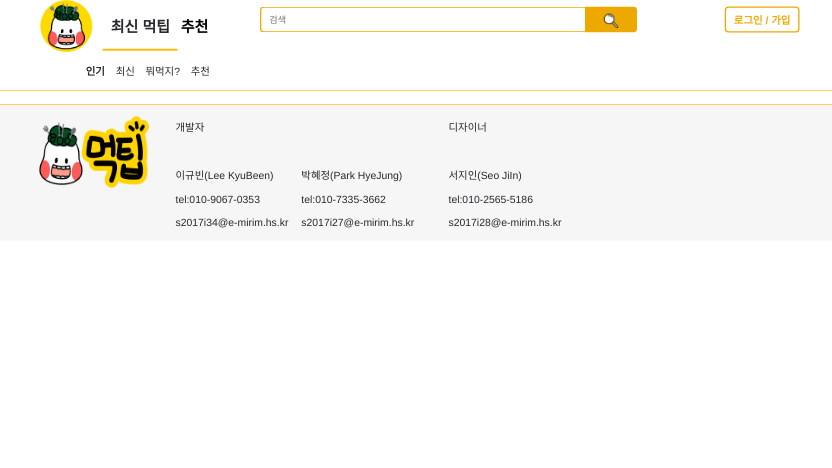
Repository: binkalos/JSP-STUDY
Page: http://localhost/IT-show/newPost.jsp
These files come from the project's save history. The page is drawn as it stood at one moment and after the next save; the edit follows.
The browser window is 1280 px wide. The pictures show the whole page, at 65% of full size.
Some web fonts or font styles are not loaded; a fallback is used. Some web libraries are served in a nearby version. The page is served by Tomcat 9. Queries for data that is not in the repository find no rows.

Above is the page before, as saved 2019-06-19 10:00:07.

After the next save:
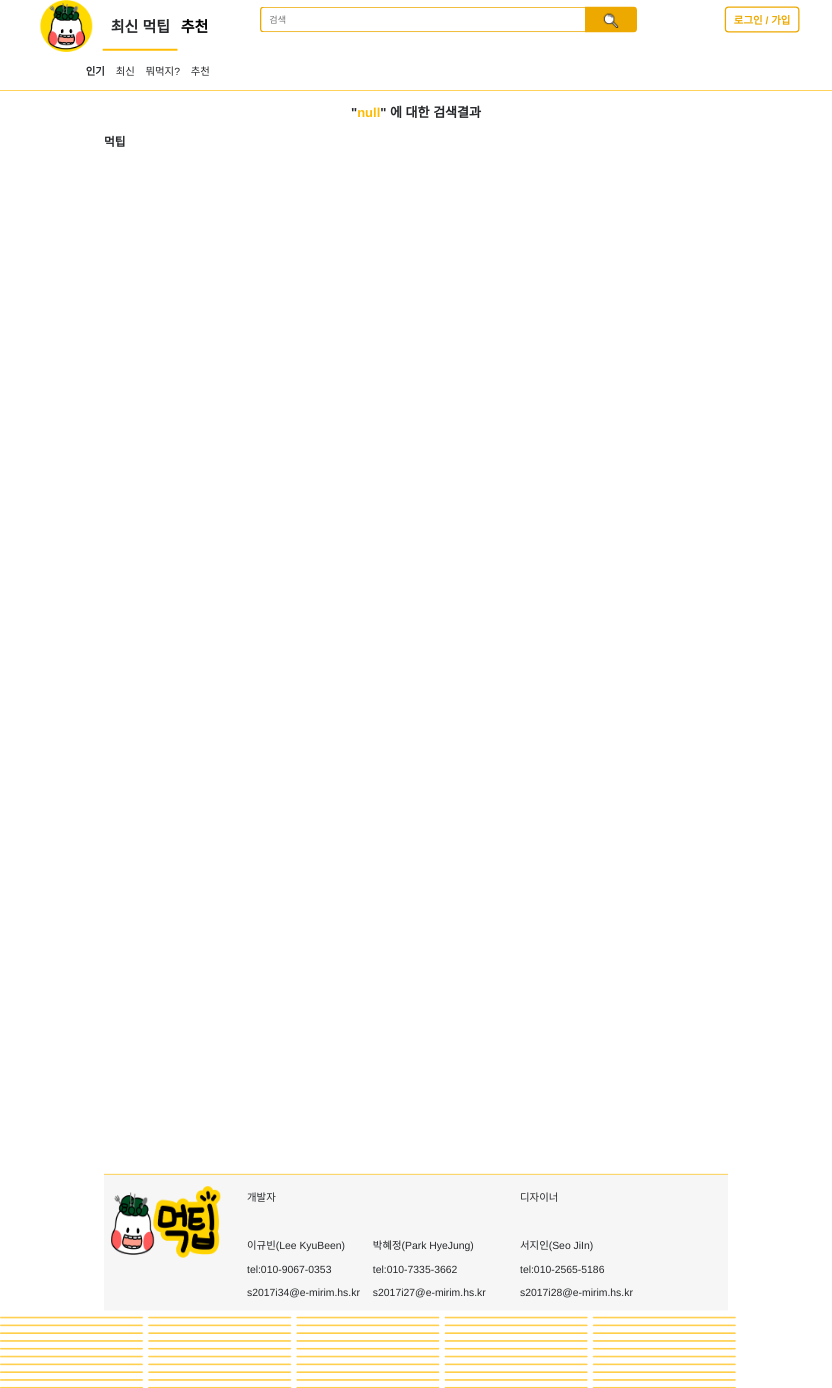
Saved 60 s later.
--- a/IT-show/WebContent/newPost.jsp
+++ b/IT-show/WebContent/newPost.jsp
@@ -1,15 +1,137 @@
+<%@page import="java.sql.SQLException"%>
+<%@page import="java.sql.DriverManager"%>
+<%@page import="java.sql.ResultSet"%>
+<%@page import="java.sql.PreparedStatement"%>
+<%@page import="java.sql.Connection"%>
 <%@ page language="java" contentType="text/html; charset=UTF-8"
     pageEncoding="UTF-8"%>
 <!DOCTYPE html>
 <html>
 <head>
 <meta charset="UTF-8">
-<link rel="stylesheet" href="firstPageStyle.css" >
+<title>search</title><link rel="stylesheet" href="firstPageStyle.css" >
 <script src="js/jquery-3.3.1.min.js"></script>
-<title>최신</title>
+<script src="http://ajax.googleapis.com/ajax/libs/jquery/1/jquery.min.js"></script>
+<script src="js/jquery.fittext.js"></script>
+<script src="http://code.jquery.com/jquery-1.7.js"></script>
+<script>
+	$(document).ready(function(){
+		//$(".content" ).fitText(1.2);
+		$(".open-fullview").click(function() {
+			var foodsrc = $(this).find('.showimg').attr('src');
+			$("#dim-layer").find('.content').attr('src', foodsrc);
+			$("#dim-layer").css("display", "block");
+		});
+
+		$(".close-fullview").click(function() {
+			$("#dim-layer").css("display", "none");
+		});
+	});
+
+	function show_fullview(post_id) {
+		location.href = "readpost.jsp?postid="+post_id;
+	}
+//무한 스크롤
+function getItem(){
+	 for(var i=0;i<10;i++){
+	  $('body').append('<div class="mucktip-card">');
+	}
+};
+	$(document).ready(function(){
+	  getItem();
+	$(window).scroll(function(){
+	  var docH = $(document).height(); //document의 높이
+	  var scrollH = $(window).height()+$(window).scrollTop();
+
+	  if(scrollH + 50 >= docH){         //(문서의 높이 - 50)에서 실행됨
+	   getItem();
+	  }
+	 });
+});
+</script>
 </head>
 <body>
-<%@ include file="TopWrapper.jsp"%>
+	<%@ include file="TopWrapper.jsp"%>
+
+	<div class="main-search-page">
+
+	<div class="muktip-feed">
+<%
+		request.setCharacterEncoding("utf-8");
+
+		String keyword = request.getParameter("keyword");
+
+		String imgPath = null;
+		try {
+			Class.forName(driver);
+			con = DriverManager.getConnection(url, id, pw);
+
+%>
+
+		<div class="top-bar-search">
+			<p class="search-result">"<span style="color:#FFBB00;"><%=keyword%></span>" 에 대한 검색결과 </p>
+			<p class="top-label">먹팁</p>
+		</div>
+
+		<div class="muktip-contents" style="height: 1550px;">
+			<div class="line-space">
+<%
+			pstmt = con.prepareStatement("select distinct postid, postimgid, title, content, writer, date, imgname, id, profile from post join img on postid = postimgid join user on writer = id where title like ? or content like ? group by postid");
+			pstmt.setString(1, "%"+keyword+"%");
+			pstmt.setString(2, "%"+keyword+"%");
+			rs = pstmt.executeQuery();
+
+			int count=0;
+			while(rs.next()) {
+				imgPath =request.getContextPath() + "/post/" + rs.getString("imgname");
+				count++;
+%>
+			<div class="mucktip-card"> <!-- 각 게시글 박스 -->
+				<button class="open-fullview">
+					<a href="fullView.jsp?postid=<%=rs.getString("postid")%>">
+						<img class="showimg" src="<%=imgPath%>">
+					</a>
+				</button>
+				<div class="mucktip-information">
+					<a class="writer-profile-link" href="Mypage.jsp?id=<%= rs.getString("id") %>"> <!-- 마이페이지 이동 -->
+						<img class="writer-profile" src="img/<%=rs.getString("profile") %>" width="30px" height="30px">
+					</a>
+					<div class="user-information-card">
+						<div class="top-information">
+							<p class="writer"><%= rs.getString("writer") %></p>
+							<p class="write-date"><%= rs.getString("date") %></p>
+						</div>
+						<div class="bottom-card">
+							<p class="title"><%= rs.getString("title") %></p>
+							<p class="content"><%= rs.getString("content") %></p>
+						</div>
+					</div>
+				</div> <!-- mucktip-information -->
+			</div>
+
+<%
+			if(count%4==0) {
+%>
+				<div class="line-space">
+<%			}
+		}
+
+	} catch (Exception e) {
+		e.printStackTrace();
+	} finally {
+		try {
+			if (rs != null) rs.close();
+			if (pstmt != null) pstmt.close();
+			if (con != null) con.close();
+		} catch (SQLException e) {
+			e.printStackTrace();
+		}
+	}
+%>
+		</div> <!-- muktip-contents -->
+		</div><!-- muktip-feed -->
+	</div>
+
 
 <%@ include file="footer.jsp" %>
 </body>
